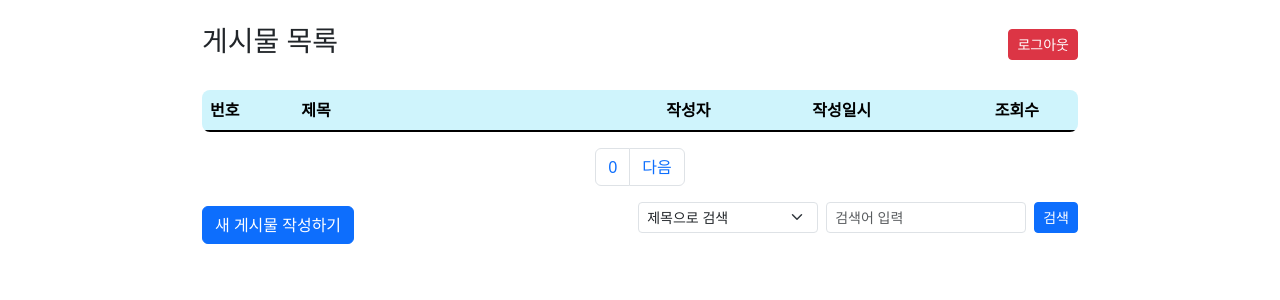
Repository: LHH-commits/SpringBoot_simple_board
Page: http://localhost/lcomputerstudy/WEB-INF/views/list.jsp
An editor plug-in stored every save of this project. The page is shown before and after the next save, followed by the edit.
The browser window is 1280 px wide. The pictures show the whole page.
The page is served by Tomcat 9. Nobody is signed in. Other server files are loaded and not shown. The template is opened directly, without the code that normally fills it, so the values that code supplies are empty.

Above is the page before, as saved 2024-09-23 06:09:00.

### lcomputerstudy/src/main/webapp/WEB-INF/views/list.jsp
<%@ page language="java" contentType="text/html; charset=UTF-8" pageEncoding="UTF-8"%>
<%@ taglib prefix="c" uri="http://java.sun.com/jsp/jstl/core"%>

<!DOCTYPE html>
<html>
<head>
<meta charset="UTF-8">
<title>게시물 목록</title>
<script src="https://ajax.googleapis.com/ajax/libs/jquery/1.12.4/jquery.min.js"></script>
<link href="https://cdn.jsdelivr.net/npm/bootstrap@5.3.3/dist/css/bootstrap.min.css" rel="stylesheet" integrity="sha384-QWTKZyjpPEjISv5WaRU9OFeRpok6YctnYmDr5pNlyT2bRjXh0JMhjY6hW+ALEwIH" crossorigin="anonymous">
<script src="https://cdn.jsdelivr.net/npm/bootstrap@5.3.3/dist/js/bootstrap.bundle.min.js" integrity="sha384-YvpcrYf0tY3lHB60NNkmXc5s9fDVZLESaAA55NDzOxhy9GkcIdslK1eN7N6jIeHz" crossorigin="anonymous"></script>
<style>
	.table-fixed {
		table-layout: fixed;
		width: 100%;
	}
	.table-fixed th {
		overflow: hidden;
		text-overflow: ellipsis;
	}
	.table-info {
		border-bottom: 2px solid ;
	}
	.table-rounded {
		border-radius: 0.5rem;
		overflow: hidden;
	}
	.table-bordered {
		border: border-primary;
	}
	.table-bordered th,
	.table-bordered td {
		border: none;
	}
</style>
<script>
    function goToList() {
        window.location.href = "/list"; // 전체 리스트로 이동
    }
</script>
</head>
<body>
    <div class="container-md mt-4" style="max-width:900px">
    	<div class="d-flex justify-content-between align-items-center mb-4">
    		<h1 class="h3" onclick="goToList()" style="cursor: pointer;">게시물 목록</h1>
    		<a href="/logout" class="btn btn-danger btn-sm">로그아웃</a>
    	</div>

    <table class="table table-hover table-fixed table-rounded">
        <thead class="table-info">
            <tr>
                <th style="width: 5%">번호</th>
                <th style="width: 20%">제목</th>
                <th style="width: 8%">작성자</th>
                <th style="width: 10%">작성일시</th>
                <th style="width: 5%">조회수</th>
            </tr>
        </thead>
        <tbody>
            <c:forEach var="item" items="${list}">
                <tr>
                    <td>${item.bId}</td>
                    <td><a href="/detailBoard?bId=${item.bId}&page=${pagination.page}&searchOption=${searchparam.searchOption}&searchKeyword=${searchparam.searchKeyword}"
                    class="text-decoration-none">${item.bTitle}</a></td>
                    <td>${item.bWriter}</td>
                    <td>${item.bDateTime}</td>
                    <td>${item.bViews}</td>
                </tr>
            </c:forEach>
        </tbody>
    </table>
    <nav>
		<ul class="pagination justify-content-center">
		    <c:if test="${pagination.prevPage > 0}">
		    	<li class="page-item">
		        	<a class="page-link" href="/list?page=${pagination.prevPage}&searchOption=${searchparam.searchOption}&searchKeyword=${searchparam.searchKeyword}">이전</a>
		    </c:if>
		    <c:forEach var="i" begin="${pagination.startPage}" end="${pagination.endPage}">
		    	<li class="page-item ${i == pagination.page ? 'active' : ''}">
		        	<a class="page-link" href="/list?page=${i}&searchOption=${searchparam.searchOption}&searchKeyword=${searchparam.searchKeyword}">${i}</a>
		        </li>
		    </c:forEach>
		    <c:if test="${pagination.nextPage <= pagination.lastPage}">
		    	<li class="page-item">
		        	<a class="page-link" href="/list?page=${pagination.nextPage}&searchOption=${searchparam.searchOption}&searchKeyword=${searchparam.searchKeyword}">다음</a>
		    	</li>
		    </c:if>
		</ul>
	</nav>
		<div class="d-flex justify-content-between align-items-center mb-4">
	        <a href="/insertBoard" class="btn btn-primary btn-md">새 게시물 작성하기</a>
	        <form action="/list" method="get" class="d-flex mb-3">
			    <select name="searchOption" class="form-select form-select-sm me-2" style="width:180px">
			        <option value="title" ${searchparam.searchOption == 'title' ? 'selected' : ''}>제목으로 검색</option>
			        <option value="content" ${searchparam.searchOption == 'content' ? 'selected' : ''}>내용으로 검색</option>
			        <option value="titleContent" ${searchparam.searchOption == 'titleContent' ? 'selected' : ''}>제목+내용으로 검색</option>
			    </select>
		    	<input type="text" name="searchKeyword" class="form-control form-control-sm me-2" style="width:200px" value="${searchparam.searchKeyword != null ? searchparam.searchKeyword : ''}" placeholder="검색어 입력">
		   		<button type="submit" class="btn btn-primary btn-sm">검색</button>
			</form>
		</div>
    </div>
</body>
</html>

After the next save:
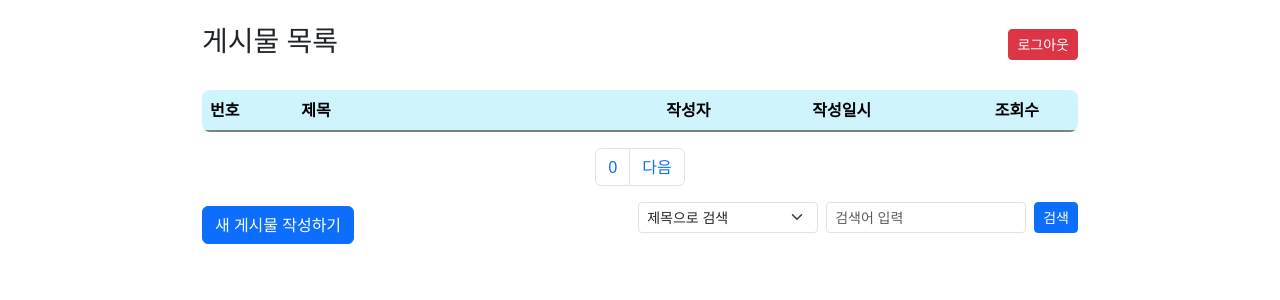
Saved 29 s later.
--- a/lcomputerstudy/src/main/webapp/WEB-INF/views/list.jsp
+++ b/lcomputerstudy/src/main/webapp/WEB-INF/views/list.jsp
@@ -19,7 +19,7 @@
 		text-overflow: ellipsis;
 	}
 	.table-info {
-		border-bottom: 2px solid ;
+		border-bottom: 2px solid gray;
 	}
 	.table-rounded {
 		border-radius: 0.5rem;
